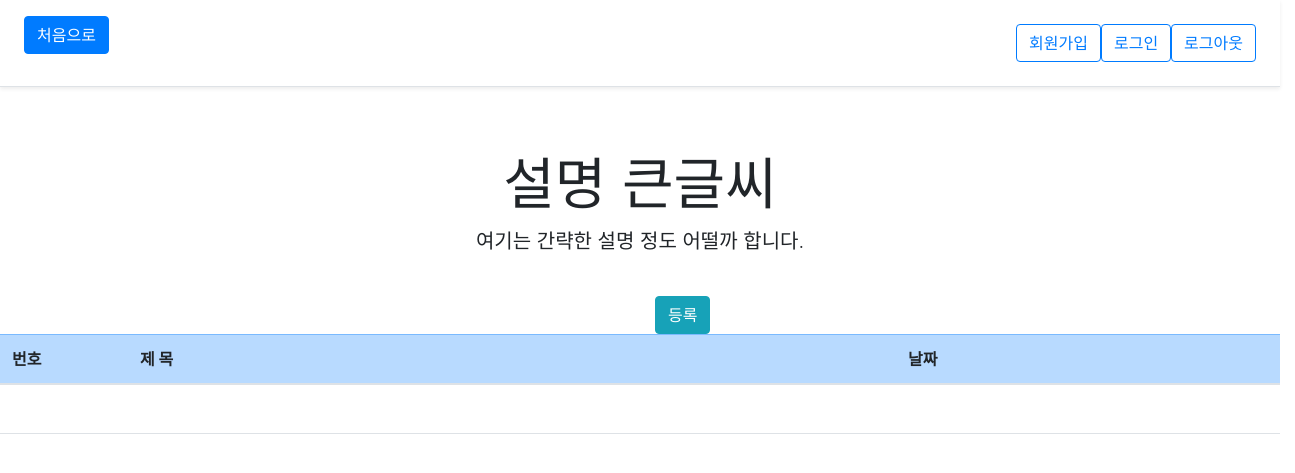
Repository: SettingRhino/innogleantmanager
Page: http://localhost/antmanager/WEB-INF/views/diary.jsp
An editor plug-in stored every save of this project. The page is shown before and after the next save, followed by the edit.
The browser window is 1280 px wide. The page is 1295 px wide, so the pictures cover 1295 px, including what lies to the right of the window. The pictures show the whole page.
The page is served by Tomcat 9. Nobody is signed in. Other server files are loaded and not shown. The template is opened directly, without the code that normally fills it, so the values that code supplies are empty.

Above is the page before, as saved 2020-06-09 02:29:32.

### antmanager/src/main/webapp/WEB-INF/views/diary.jsp
<%@ page language="java" contentType="text/html; charset=UTF-8"
	pageEncoding="UTF-8"%>
<%@ taglib uri="http://java.sun.com/jsp/jstl/core" prefix="c"%>

<!doctype html>
<html>
<head>
<meta charset="utf-8">
<meta name="viewport"
	content="width=device-width, initial-scale=1, shrink-to-fit=no">
<meta name="description" content="">
<meta name="author"
	content="Mark Otto, Jacob Thornton, and Bootstrap contributors">
<meta name="generator" content="Jekyll v4.0.1">
<title>Pricing example · Bootstrap</title>

<link rel="canonical"
	href="https://getbootstrap.com/docs/4.5/examples/pricing/">

<link rel="stylesheet"
	href="https://stackpath.bootstrapcdn.com/bootstrap/4.4.1/css/bootstrap.min.css"
	integrity="sha384-Vkoo8x4CGsO3+Hhxv8T/Q5PaXtkKtu6ug5TOeNV6gBiFeWPGFN9MuhOf23Q9Ifjh"
	crossorigin="anonymous">

<style>
.bd-placeholder-img {
	font-size: 1.125rem;
	text-anchor: middle;
	-webkit-user-select: none;
	-moz-user-select: none;
	-ms-user-select: none;
	user-select: none;
}

@media ( min-width : 768px) {
	.bd-placeholder-img-lg {
		font-size: 3.5rem;
	}
}
</style>
<!-- Custom styles for this template -->

<link href="<c:url value="/resources/css/pricing.css"/>"
	rel="stylesheet">
</head>
<body>
	<div
		class="d-flex flex-column flex-md-row align-items-center p-3 px-md-4 mb-3 bg-white border-bottom shadow-sm">
		<h5 class="my-0 mr-md-auto font-weight-normal">
			<p align="center">
				<a href="<c:url value="/"/>" class="btn btn-primary" role="button">처음으로</a>
			</p>
		</h5>
		<nav class="my-2 my-md-0 mr-md-3"></nav>

		<a class="btn btn-outline-primary"href="<c:url value="/user/signup"/>">회원가입</a>
		<a class="btn btn-outline-primary" href="<c:url value="/login"/>">로그인</a>
		<a class="btn btn-outline-primary" href="<c:url value="/logout"/>">로그아웃</a>
	</div>

	<div
		class="pricing-header px-3 py-3 pt-md-5 pb-md-4 mx-auto text-center">
		<h1 class="display-4">설명 큰글씨</h1>
		<p class="lead">여기는 간략한 설명 정도 어떨까 합니다.</p>
	</div>
	<div class="row">
		<div class="col-lg-3"></div>
		<div class="col-lg-3"></div>
		<div class="col-lg-3">
			<a href="<c:url value="/diary/edit"/>" class="btn btn-info" role="button">등록</a>
		</div>
		<div class="col-lg-3"></div>
	</div>
	<table class="table">
		<thead>
			<tr class="table-primary">
				<th style="width: 10%">번호</th>
				<th style="width: 60%">제 목</th>
				<th style="width: 20%">날짜</th>
				<th style="width: 10%"></th>
			</tr>
		</thead>

		<tbody>
			<c:forEach var="diary" items="${diarys}">
				<tr>
					<td>${diary.id}</td>
					<td><a
						href="<c:url value="/diary/viewItem?user=${diary.user}&id=${diary.id}"/>">${diary.title}</a></td>
					<td>${diary.date}</td>
					<td><a href="<c:url value="/diary/delete?id=${diary.id}"/>"
						class="btn btn-info" role="button">삭제</a></td>
				</tr>
			</c:forEach>
		</tbody>
	</table>
	<footer class="pt-4 my-md-5 pt-md-5 border-top"> </footer>

</body>
</html>

### antmanager/src/main/webapp/resources/css/pricing.css
@charset "UTF-8";
html {
  font-size: 14px;
}
@media (min-width: 768px) {
  html {
    font-size: 16px;
  }
}

.container {
  max-width: 960px;
}

.pricing-header {
  max-width: 700px;
}

.card-deck .card {
  min-width: 220px;
}

After the next save:
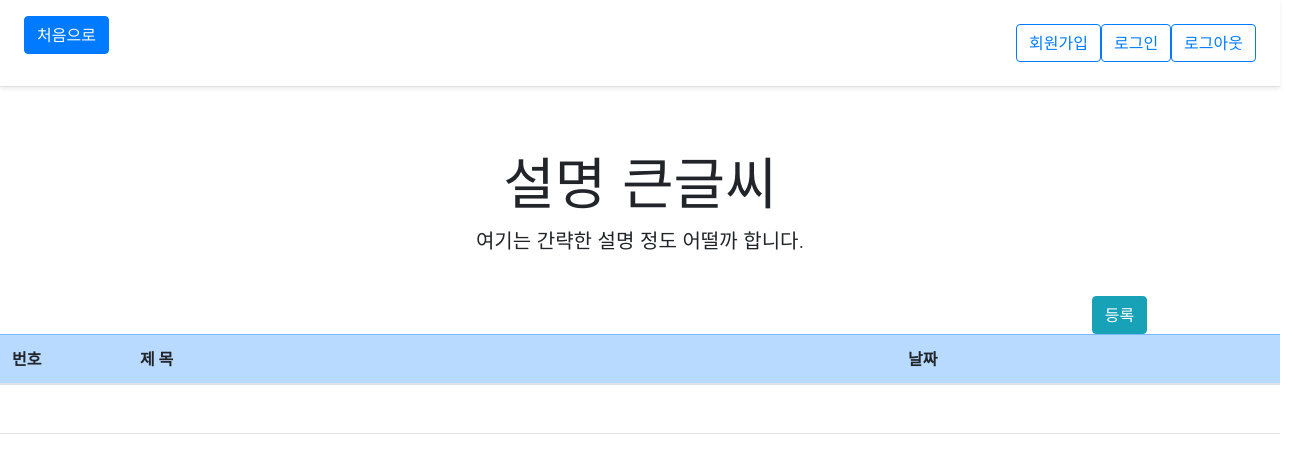
Saved 23 s later.
--- a/antmanager/src/main/webapp/WEB-INF/views/diary.jsp
+++ b/antmanager/src/main/webapp/WEB-INF/views/diary.jsp
@@ -64,12 +64,12 @@
 		<p class="lead">여기는 간략한 설명 정도 어떨까 합니다.</p>
 	</div>
 	<div class="row">
-		<div class="col-lg-3"></div>
-		<div class="col-lg-3"></div>
-		<div class="col-lg-3">
+		<div class="col-lg-5"></div>
+		<div class="col-lg-5"></div>
+		<div class="col-lg-1">
 			<a href="<c:url value="/diary/edit"/>" class="btn btn-info" role="button">등록</a>
 		</div>
-		<div class="col-lg-3"></div>
+		<div class="col-lg-1"></div>
 	</div>
 	<table class="table">
 		<thead>

After the save that followed:
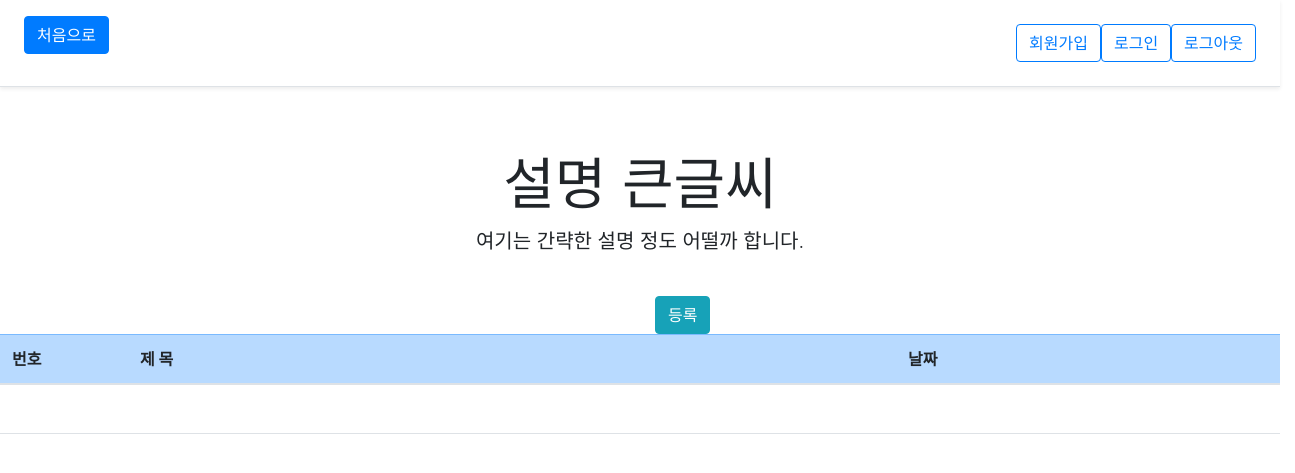
Saved 13 s later.
--- a/antmanager/src/main/webapp/WEB-INF/views/diary.jsp
+++ b/antmanager/src/main/webapp/WEB-INF/views/diary.jsp
@@ -64,12 +64,12 @@
 		<p class="lead">여기는 간략한 설명 정도 어떨까 합니다.</p>
 	</div>
 	<div class="row">
-		<div class="col-lg-5"></div>
-		<div class="col-lg-5"></div>
-		<div class="col-lg-1">
+		<div class="col-lg-3"></div>
+		<div class="col-lg-3"></div>
+		<div class="col-lg-3">
 			<a href="<c:url value="/diary/edit"/>" class="btn btn-info" role="button">등록</a>
 		</div>
-		<div class="col-lg-1"></div>
+		<div class="col-lg-3"></div>
 	</div>
 	<table class="table">
 		<thead>
